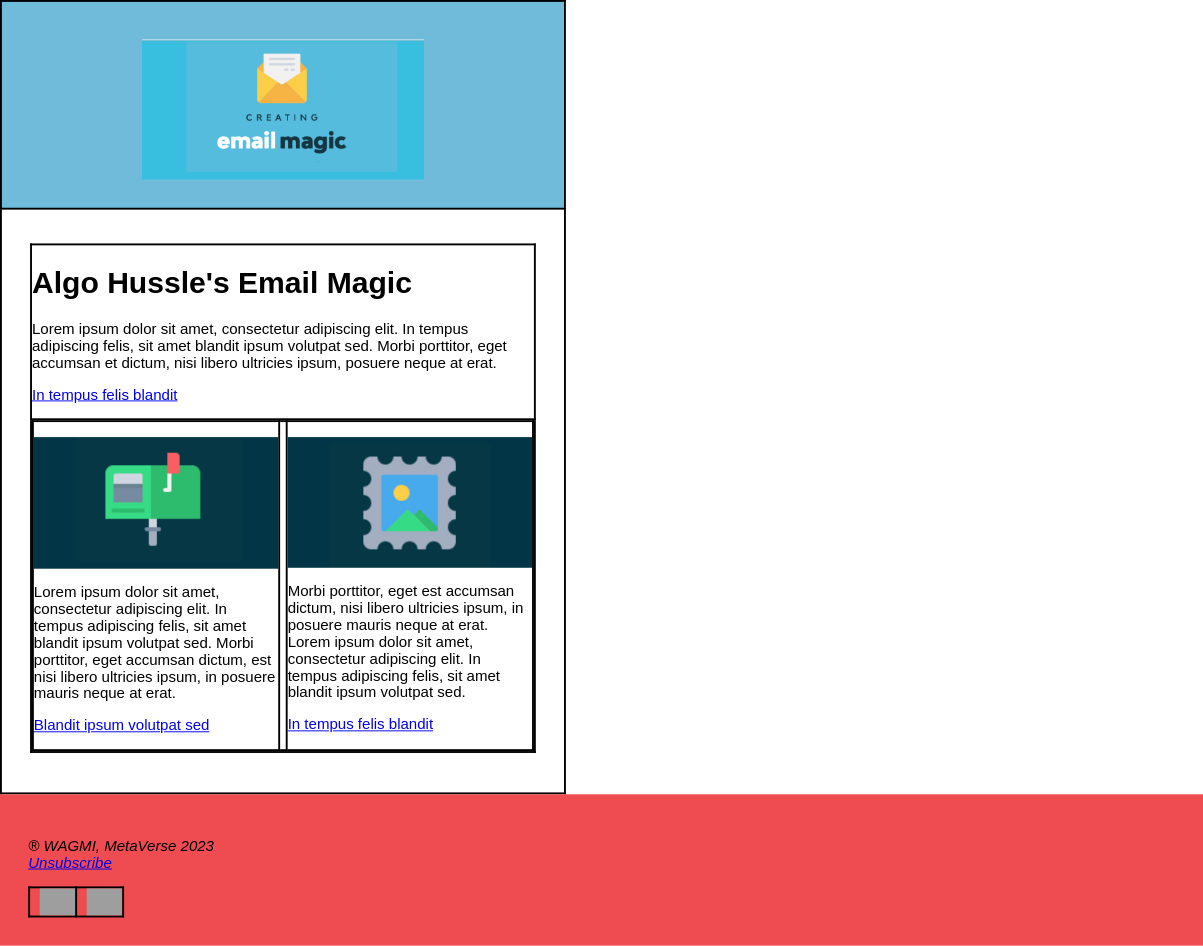
Repository: MikeeBuilds/email-template
Page: index.html
The author's editor kept a copy of each file at every save. The page is drawn from the files as they stood at one save, then again after the next save.
The browser window is 1280 px wide. The pictures show the whole page, at 94% of full size.
Pictures or frames that could not be fetched are drawn as grey boxes. Some icons come from a web library that is not loaded, so they are not drawn. Some web libraries are served in a nearby version.

Above is the page before, as saved 2022-11-25 13:05:35.

After the next save:
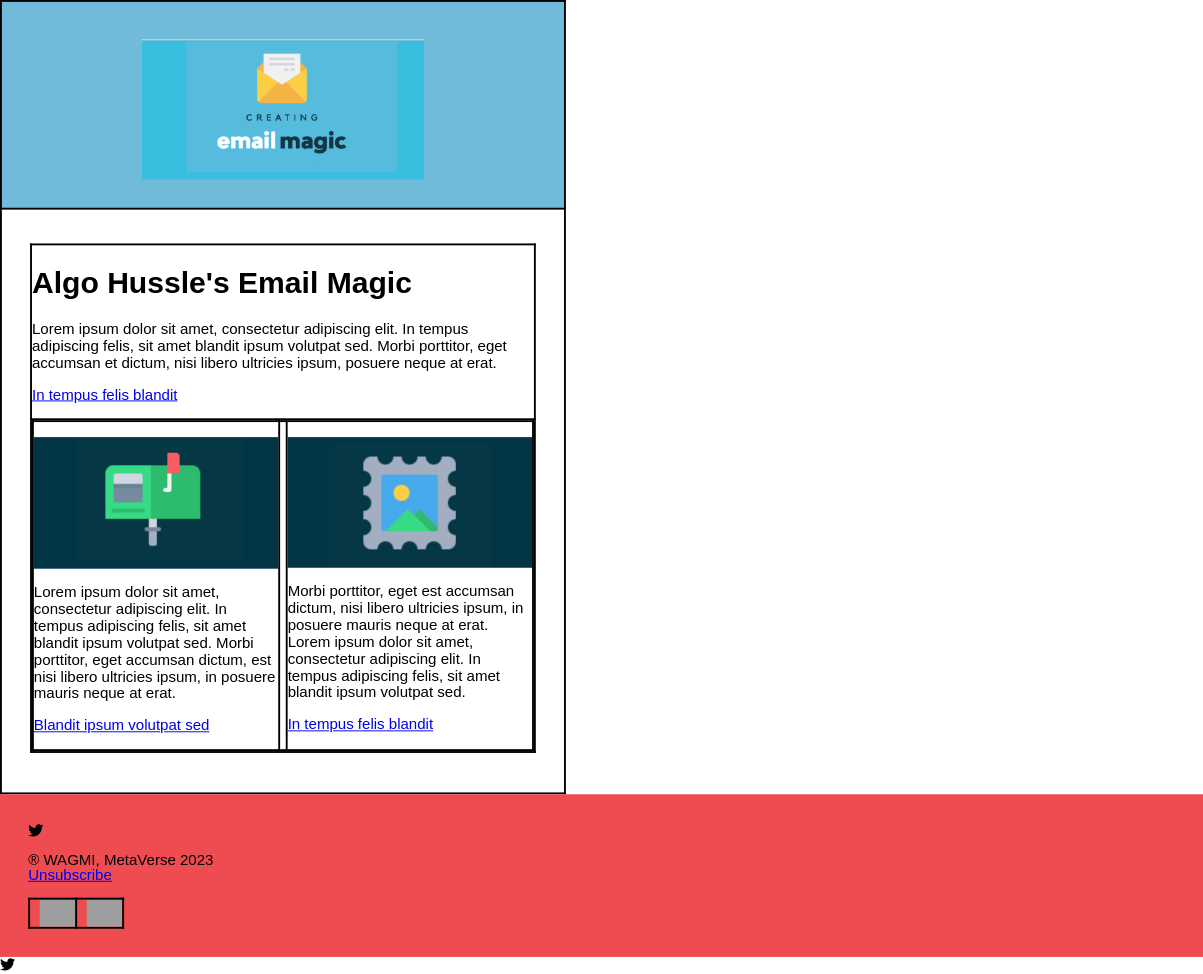
Saved 13 s later.
--- a/index.html
+++ b/index.html
@@ -73,7 +73,7 @@
 
 
         <footer style="padding: 30px; background: #ee4c50";>
-            <i class="fa-twitter"
+            <i class="fa-brands fa-twitter"
             <table role="presentation" style="width:100%;border-collapse:collapse;border:0;border-spacing:0;">
                 <tr>
                     <td style="padding:0;width:50%;" align="left">
